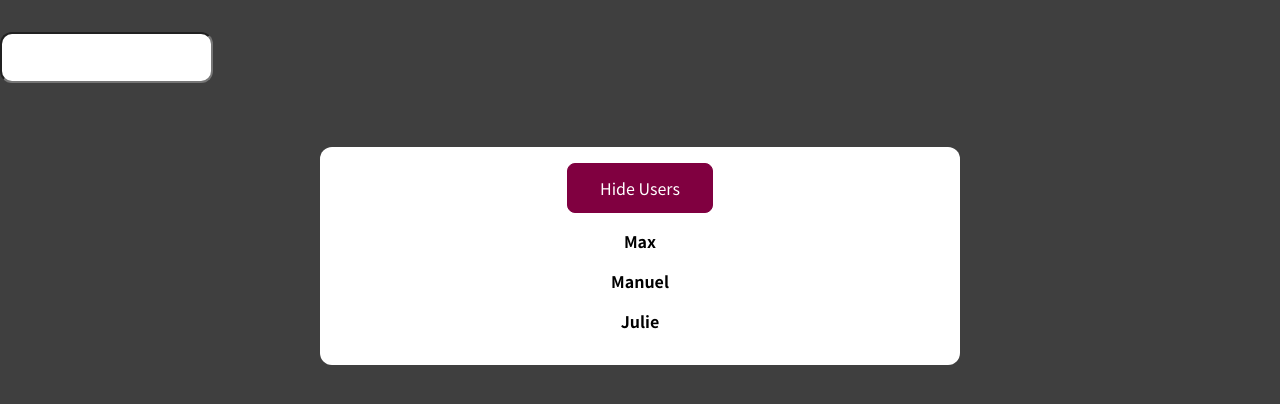
Repository: prathmeshgodbole/React-Class-Based
Page: /
These files come from the project's save history. The page is drawn as it stood at one moment and after a run of saves; the edit follows.
The browser window is 1280 px wide. The pictures show the whole page.
The project was rebuilt for these pictures with package versions that can differ from the ones it lists, and the page was loaded fresh each time.

Above is the page before, as saved 2021-07-15 15:18:12.

### src/App.js
import UserFinder from './components/UserFinder';
// import Users from './components/Users';

function App() {
  return (
    <div>
    <UserFinder/>
    </div>
  );
}

export default App;

### src/components/UserFinder.js
import { Fragment, useState, useEffect } from 'react';
import classes from './UserFinder.module.css'
import Users from './Users';

const DUMMY_USERS = [
  { id: "u1", name: "Max" },
  { id: "u2", name: "Manuel" },
  { id: "u3", name: "Julie" },
];

const UserFinder = () => {
  const [filteredUsers, setFilteredUsers] = useState(DUMMY_USERS);
  const [searchTerm, setSearchTerm] = useState('');

  useEffect(() => {
    setFilteredUsers(
      DUMMY_USERS.filter((user) => user.name.includes(searchTerm))
    );
  }, [searchTerm]);

  const searchChangeHandler = (event) => {
    setSearchTerm(event.target.value);
  };

  return (
    <Fragment>
      <input className={classes.finder} type='search' onChange={searchChangeHandler} />
      <Users users={filteredUsers} />
    </Fragment>
  );
};

export default UserFinder;

### src/components/UserFinder.module.css
.finder {
    margin-left: ;
    margin: 2rem auto;
    background-color: white;
    padding: 1rem;
    border-radius: 12px;
    max-width: 40rem;
    text-align: center;
}

### src/components/Users.js
import { Component } from "react";
import User from "./User";

import classes from "./Users.module.css";


class Users extends Component {
  constructor() {
    super();
    this.state = {
      showUsers: true,
    };
  }

  toggleUsersHandler() {
    this.setState((curState) => {
      return{
        showUsers:!curState.showUsers
      };
    });
  }

  render() {
    const usersList = (
    <ul>
      {this.props.users.map((user) => (
        <User key={user.id} name={user.name} />
      ))}
    </ul>
  );
    return (
      <div className={classes.users}>
        <button onClick={this.toggleUsersHandler.bind(this)}>
          {this.state.showUsers ? "Hide" : "Show"} Users
        </button>
        {this.state.showUsers && usersList}
      </div>
    );
  }
}

// const Users = () => {
//   const [showUsers, setShowUsers] = useState(true);

//   const toggleUsersHandler = () => {
//     setShowUsers((curState) => !curState);
//   };

  // const usersList = (
  //   <ul>
  //     {DUMMY_USERS.map((user) => (
  //       <User key={user.id} name={user.name} />
  //     ))}
  //   </ul>
  // );

  // return (
  //   <div className={classes.users}>
  //     <button onClick={toggleUsersHandler}>
  //       {showUsers ? 'Hide' : 'Show'} Users
  //     </button>
  //     {showUsers && usersList}
  //   </div>
  // );
// };

export default Users;

### src/components/User.js
import React,{Component} from 'react';
import classes from './User.module.css';


class User extends Component{
  render(){
    return <li className={classes.user}>{this.props.name}</li>;
  }
}

// const User = (props) => {
//   return <li className={classes.user}>{props.name}</li>;
// };

export default User;

Loaded but not shown: public/index.html (common file); src/index.js (common file); src/index.css (common file); src/components/Users.module.css (common file); src/components/User.module.css (common file)

After the next 2 saves:
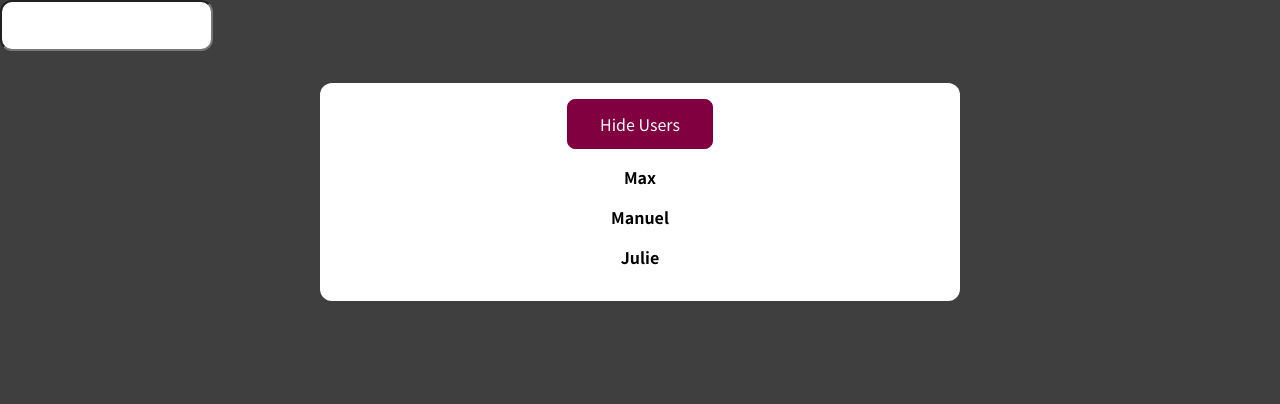
The 2 saves are shown as one change because they came seconds apart.
The last was saved 9 s later.
--- a/src/components/UserFinder.module.css
+++ b/src/components/UserFinder.module.css
@@ -1,6 +1,5 @@
 .finder {
-    margin-left: ;
-    margin: 2rem auto;
+    alignmargin: 2rem auto;
     background-color: white;
     padding: 1rem;
     border-radius: 12px;

After the 2 saves that followed:
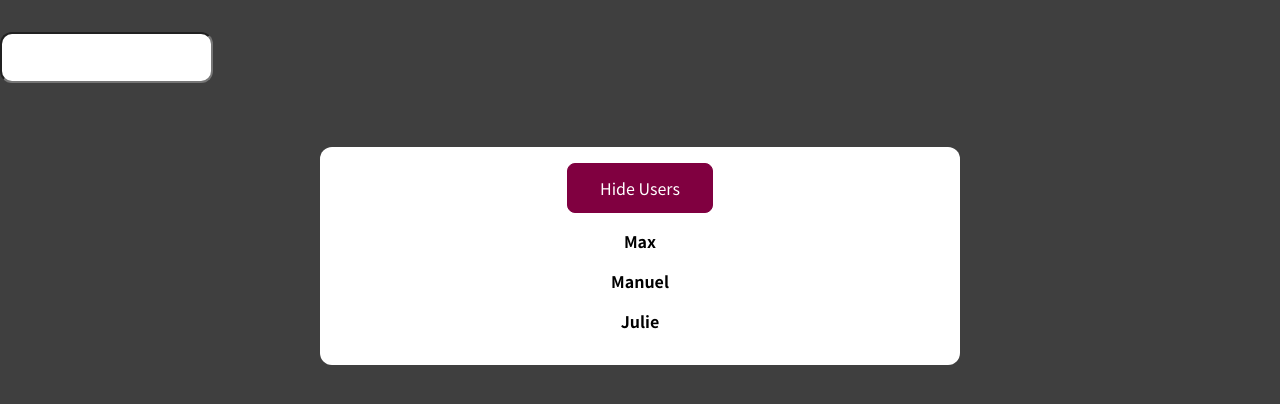
The 2 saves are shown as one change because they came seconds apart.
The last was saved 6 s later.
--- a/src/components/UserFinder.module.css
+++ b/src/components/UserFinder.module.css
@@ -1,5 +1,6 @@
 .finder {
-    alignmargin: 2rem auto;
+    align-item: ;
+    margin: 2rem auto;
     background-color: white;
     padding: 1rem;
     border-radius: 12px;
